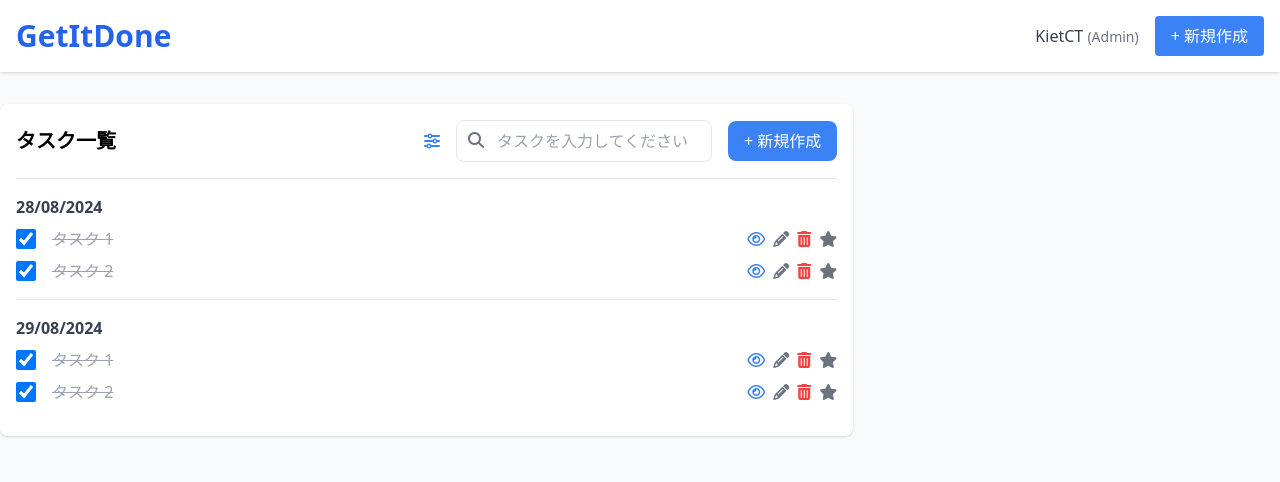
Repository: TuanAnhNguyen723/todolist
Page: mainscreen.html
These files come from the project's save history. The page is drawn as it stood at one moment and after the next save; the edit follows.
The browser window is 1280 px wide. The pictures show the whole page.
Some web libraries are served in a nearby version.

Above is the page before, as saved 2024-09-24 22:00:52.

After the next save:
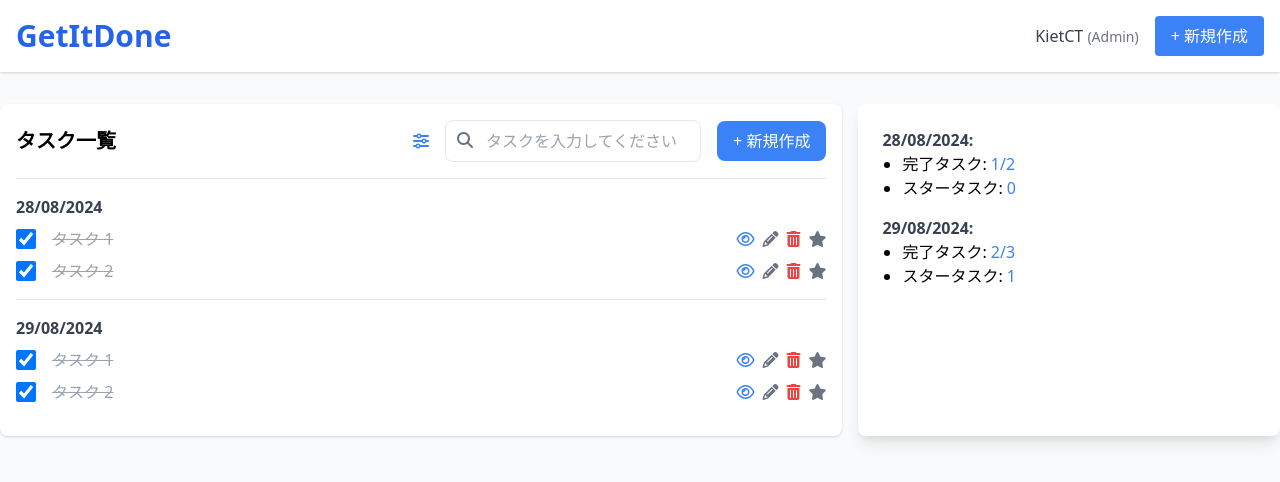
Saved 40 s later.
--- a/mainscreen.html
+++ b/mainscreen.html
@@ -32,8 +32,10 @@
     <!-- Main Section -->
     <main class="container mx-auto mt-8">
       <div class="flex justify-between">
+
         <!-- Task List -->
         <div class="w-2/3 bg-white p-4 shadow rounded-lg">
+
           <div class="flex justify-between items-center mb-4">
             <!-- Task List Title -->
             <h2 class="text-xl font-bold">タスク一覧</h2>
@@ -52,9 +54,7 @@
                   placeholder="タスクを入力してください"
                 />
                 <!-- Search Icon -->
-                <i
-                  class="fas fa-search absolute left-3 top-3 text-gray-500"
-                ></i>
+                <i class="fas fa-search absolute left-3 top-3 text-gray-500"></i>
               </div>
 
               <!-- New Task Button -->
@@ -187,25 +187,19 @@
           </div>
         </div>
 
-        <!-- Task Completion Summary -->
-        <div
-          id="task-summary"
-          class="fixed inset-0 bg-gray-600 bg-opacity-50 flex justify-center items-center hidden"
-        >
-          <div class="bg-white p-6 rounded-lg shadow-lg w-1/3">
-            <h3 class="font-bold text-gray-700">28/08/2024:</h3>
-            <p class="text-gray-700">• 完了タスク: 1/2</p>
-            <p class="text-gray-700">• スタータスク: 0</p>
-            <h3 class="font-bold text-gray-700 mt-4">29/08/2024:</h3>
-            <p class="text-gray-700">• 完了タスク: 2/3</p>
-            <p class="text-gray-700">• スタータスク: 1</p>
-            <button
-              id="close-popup"
-              class="mt-4 bg-blue-500 text-white px-4 py-2 rounded"
-            >
-              Đóng
-            </button>
-          </div>
+        <!-- Task Completion Summary (Hiển thị luôn, không dùng popup) -->
+        <div id="task-summary" class="w-1/3 bg-white p-6 rounded-lg shadow-lg ml-4">
+          <h3 class="font-bold text-gray-700">28/08/2024:</h3>
+          <ul class="list-disc pl-5">
+            <li>完了タスク: <span class="text-blue-500">1/2</span></li>
+            <li>スタータスク: <span class="text-blue-500">0</span></li>
+          </ul>
+
+          <h3 class="font-bold text-gray-700 mt-4">29/08/2024:</h3>
+          <ul class="list-disc pl-5">
+            <li>完了タスク: <span class="text-blue-500">2/3</span></li>
+            <li>スタータスク: <span class="text-blue-500">1</span></li>
+          </ul>
         </div>
       </div>
     </main>
